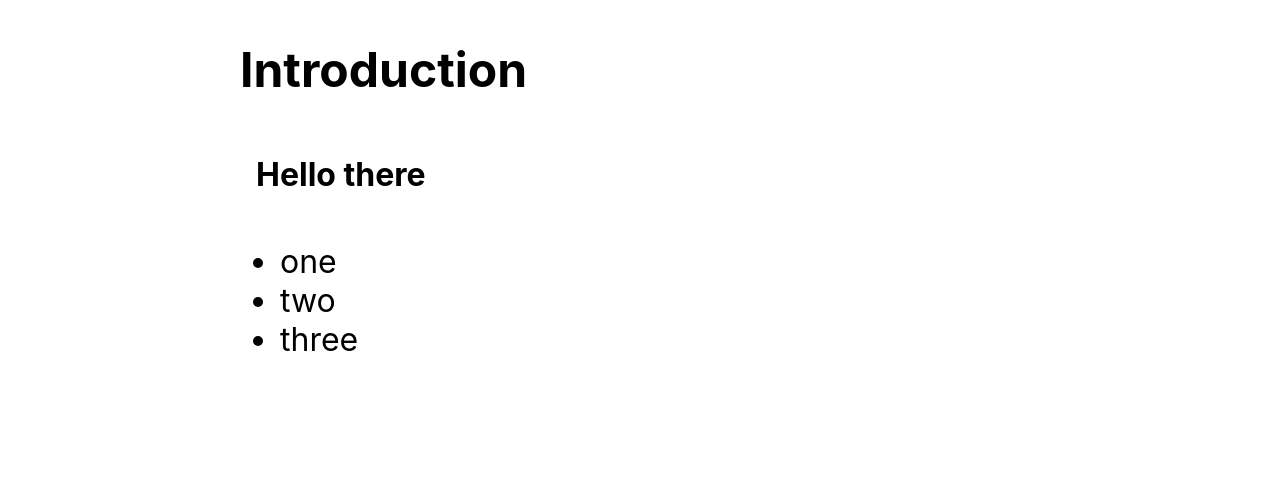
Repository: baodien1405/react-with-typescript
Page: /
The author's editor kept a copy of each file at every save. The page is drawn from the files as they stood at one save, then again after a run of saves.
The browser window is 1280 px wide. The pictures show the whole page.
The project was rebuilt for these pictures with package versions that can differ from the ones it lists, and the page was loaded fresh each time.

Above is the page before, as saved 2021-06-08 14:08:43.

After the next 2 saves:
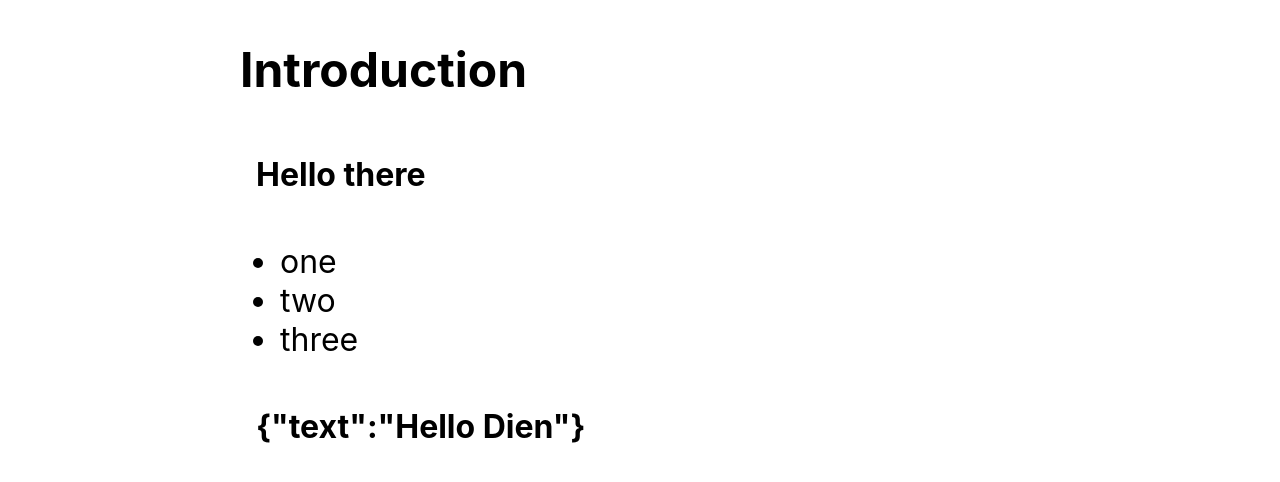
The 2 saves are shown as one change because 1 did not build or start.
The last was saved 4 min 5 s later.
--- a/src/App.tsx
+++ b/src/App.tsx
@@ -1,5 +1,5 @@
 
-import { useCallback } from 'react';
+import { useCallback, useEffect, useState } from 'react';
 import './App.css';
 
 const Heading = ({title}: {title: string}) => <h2>{title}</h2>
@@ -28,6 +28,16 @@ interface Payload {
 }
 
 function App() {
+  const [payload, setPayload] = useState<Payload | null>(null);
+
+  useEffect(() => {
+    fetch("/data.json")
+      .then(res => res.json())
+      .then(data => {
+        setPayload(data)
+      })
+  }, [payload])
+
   const onListClick = useCallback((item: string) => {
     alert(item);
   }, [])
@@ -36,6 +46,7 @@ function App() {
      <Heading title="Introduction" />
      <Box>Hello there</Box>
      <List items={["one", "two", "three"]} onClick={onListClick} />
+     <Box>{JSON.stringify(payload)}</Box>
     </div>
   );
 }
